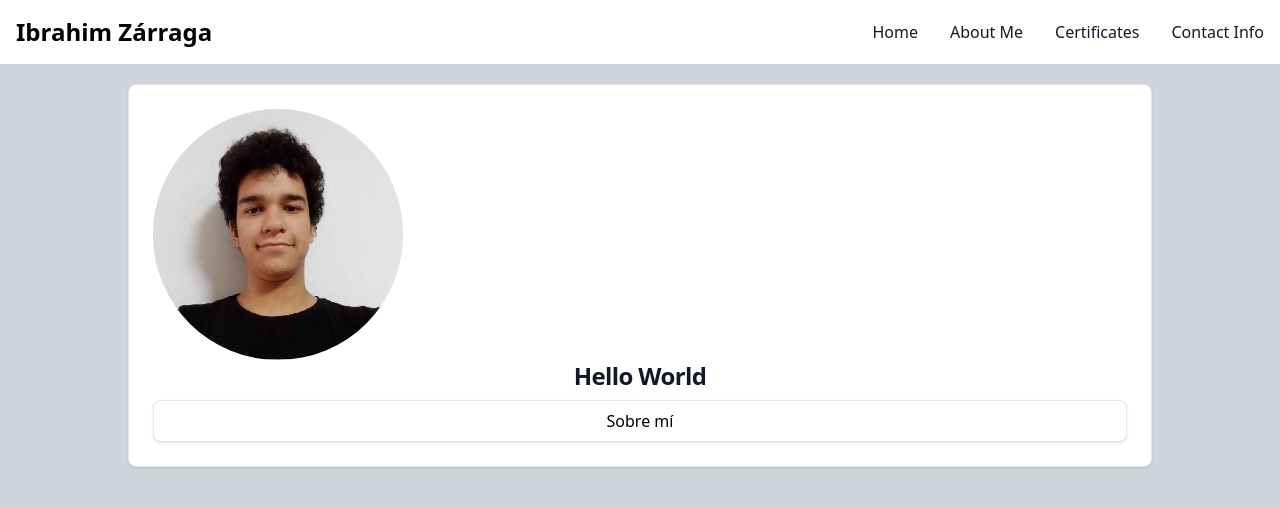
Repository: JetPi/Presentatio-Project
Page: /
These files come from the project's save history. The page is drawn as it stood at one moment and after the next save; the edit follows.
The browser window is 1280 px wide. The pictures show the whole page.
The project was rebuilt for these pictures with package versions that can differ from the ones it lists, and the page was loaded fresh each time. The framework's server and built-in components were replaced by stand-ins that run in the browser. Also part of the build but not shown: next.config.js.

Above is the page before, as saved 2023-04-03 15:13:50.

After the next save:
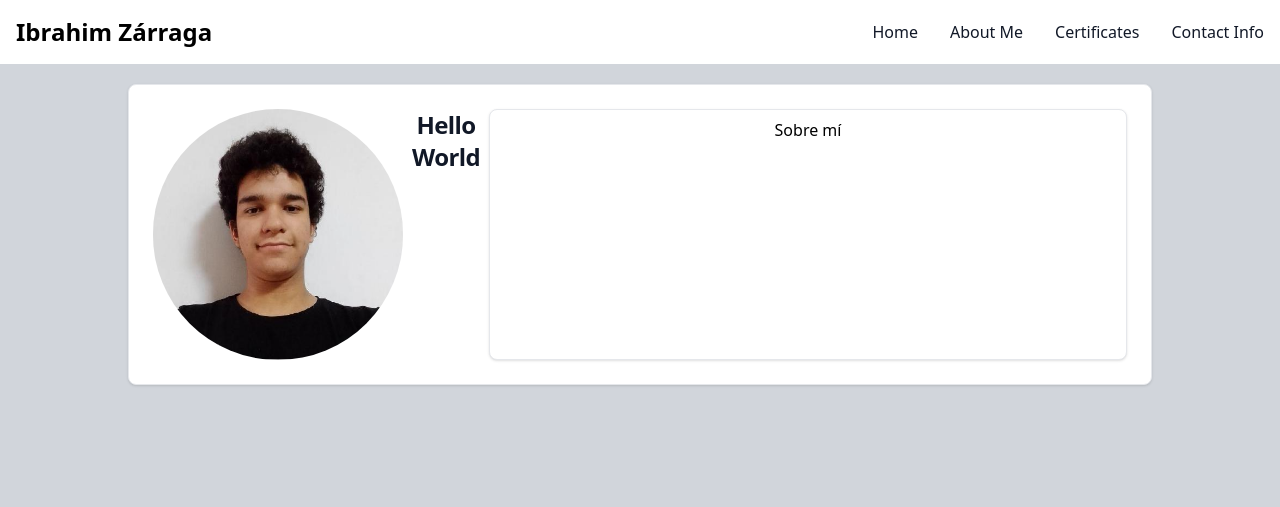
Saved 33 s later.
--- a/src/pages/index.tsx
+++ b/src/pages/index.tsx
@@ -26,7 +26,7 @@
   return (
     <>
       <div className="flex justify-center pt-5 ">
-        <Card styling="flex align-center flex-col w-4/5">
+        <Card styling="flex align-center w-4/5">
           <Image
             className="flex rounded-full align-center"
             src={"/Foto de Presentación.png"}

After the 2 saves that followed:
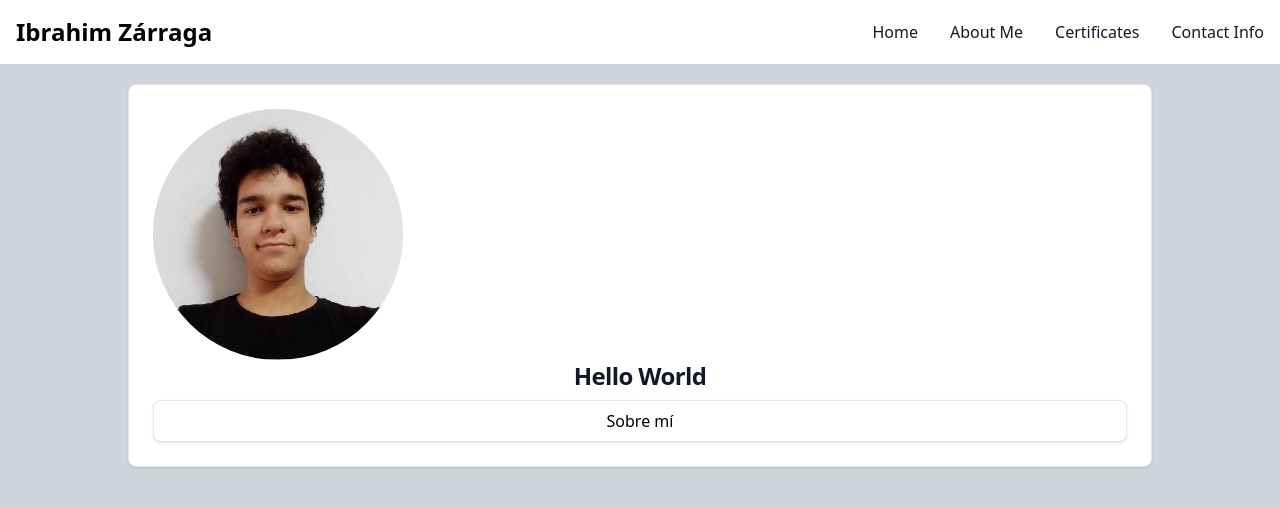
The 2 saves are shown as one change because 1 left the picture as it was.
The last was saved 17 s later.
--- a/src/pages/index.tsx
+++ b/src/pages/index.tsx
@@ -26,7 +26,7 @@
   return (
     <>
       <div className="flex justify-center pt-5 ">
-        <Card styling="flex align-center w-4/5">
+        <Card styling="flex flex-col w-4/5">
           <Image
             className="flex rounded-full align-center"
             src={"/Foto de Presentación.png"}
